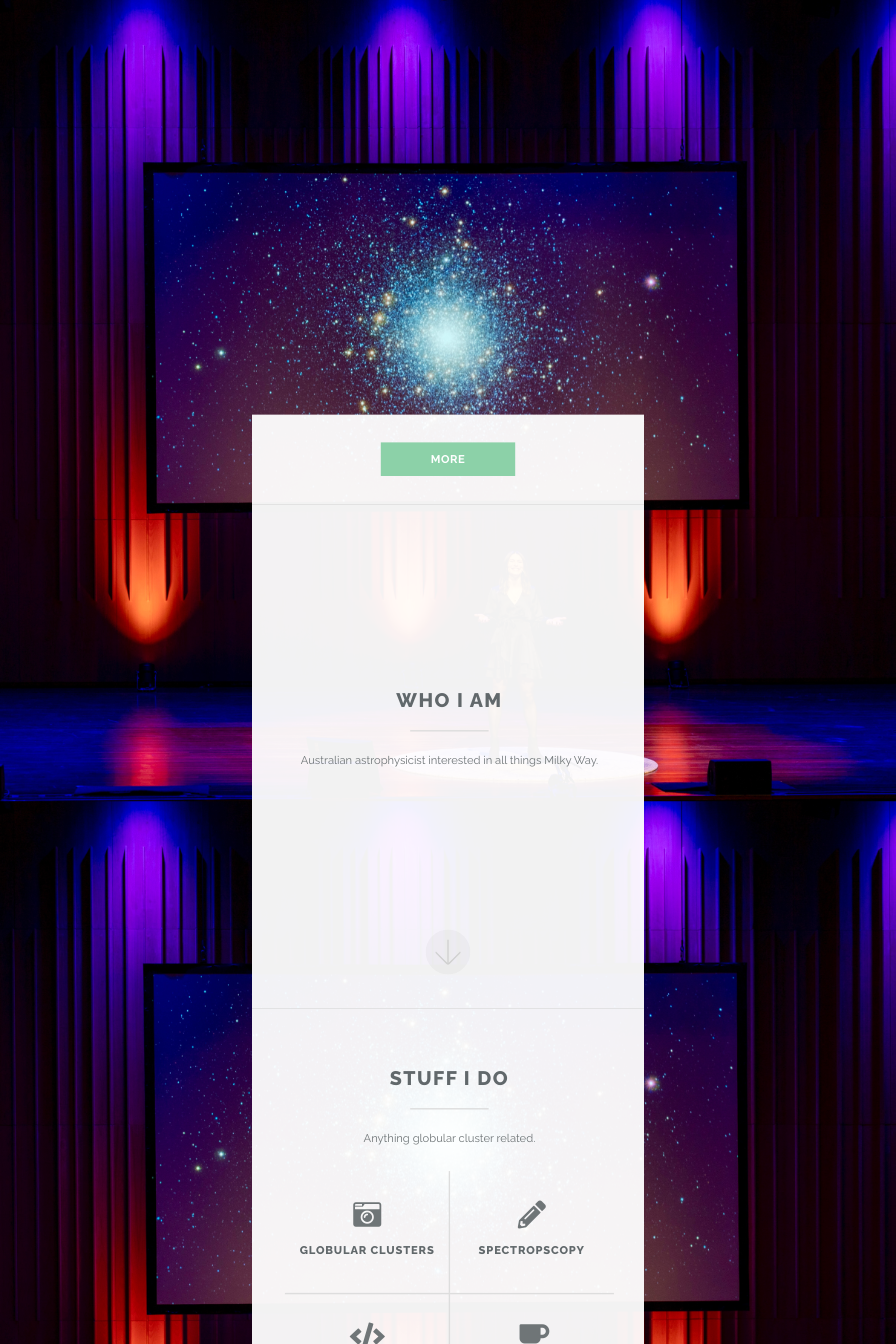
Repository: madeleine-mckenzie/madeleine-mckenzie.github.io
Page: index.html
An editor plug-in stored every save of this project. The page is shown before and after the next save, followed by the edit.
The browser window is 1280 px wide. The pictures show the part of the page from y = 0 to 1920 px (the page is 3621 px tall), at 70% of full size.
Backgrounds fixed to the window are drawn as part of the page.

Above is the page before, as saved 2023-08-12 18:57:45.

### index.html
<!DOCTYPE HTML>
<html>

<head>
    <title>M. McKenzie</title>
    <meta charset="utf-8" />
    <meta name="viewport" content="width=device-width, initial-scale=1, user-scalable=no" />
    <link rel="stylesheet" href="assets/css/main.css" />
    <style>
        /* Add this style block to your head section */
        body {
            background: url('images/2023_ANU_3MT_20230727_ANU2022 2.jpg') no-repeat center center fixed;
            background-size: cover; /* Cover the viewport */
        }
    </style>
</head>

<body class="is-preload">

    <!-- Header -->
    <section id="header">
        <header class="major">
            <h1>Madeleine L. McKenzie</h1>
            <p>PhD candidate at the Australian National University</a></p>
        </header>
        <div class="container">
            <ul class="actions special">
                <li><a href="#one" class="button primary scrolly">More</a></li>
            </ul>
        </div>
    </section>

    <!-- One -->
    <section id="one" class="main special">
        <div class="container">
            <!-- Removed the inline image -->
            <div class="content">
                <header class="major">
                    <h2>Who I am</h2>
                </header>
                <p>Australian astrophysicist interested in all things Milky Way.</p>
            </div>
            <a href="#two" class="goto-next scrolly">Next</a>
        </div>
    </section>

    <!-- Two -->
    <section id="two" class="main special">
        <div class="container">
            <!-- Removed the inline image -->
            <div class="content">
                <header class="major">
                    <h2>Stuff I do</h2>
                </header>
                <p>Anything globular cluster related.</p>
                <ul class="icons-grid">
                    <li>
                        <span class="icon solid major fa-camera-retro"></span>
                        <h3>Globular clusters</h3>
                    </li>
                    <li>
                        <span class="icon solid major fa-pencil-alt"></span>
                        <h3>Spectropscopy</h3>
                    </li>
                    <li>
                        <span class="icon solid major fa-code"></span>
                        <h3>Dwarf galaxies</h3>
                    </li>
                    <li>
                        <span class="icon solid major fa-coffee"></span>
                        <h3>Other</h3>
                    </li>
                </ul>
            </div>
            <a href="#three" class="goto-next scrolly">Next</a>
        </div>
    </section>

    <!-- Three -->
    <section id="three" class="main special">
        <div class="container">
            <!-- Removed the inline image -->
            <div class="content">
                <header class="major">
                    <h2>One more thing</h2>
                </header>
                <p>Please hire me.</p>
            </div>
            <a href="#footer" class="goto-next scrolly">Next</a>
        </div>
    </section>

    <!-- Footer -->
    <section id="footer">
        <div class="container">
            <header class="major">
                <h2>Get in touch</h2>
            </header>
            <p>Email me at: <a href="mailto:madeleine.mckenzie@anu.edu.au">madeleine.mckenzie@anu.edu.au</a></p>
        </div>
        <footer>
            <ul class="icons">
                <li><a href="#" class="icon brands alt fa-twitter"><span class="label">Twitter</span></a></li>
                <li><a href="#" class="icon brands alt fa-facebook-f"><span class="label">Facebook</span></a></li>
                <li><a href="#" class="icon brands alt fa-instagram"><span class="label">Instagram</span></a></li>
                <li><a href="#" class="icon brands alt fa-dribbble"><span class="label">Dribbble</span></a></li>
                <li><a href="mailto:your-email@example.com" class="icon solid alt fa-envelope"><span class="label">Email</span></a></li>
            </ul>
            <ul class="copyright">
                <li>&copy; M. McKenzie</li>
                <li>Design: <a href="http://html5up.net">HTML5 UP</a></li>
                <li>Demo Images: <a href="http://unsplash.com">Unsplash</a></li>
            </ul>
        </footer>
    </section>

    <!-- Scripts -->
    <script src="assets/js/jquery.min.js"></script>
    <script src="assets/js/jquery.scrollex.min.js"></script>
    <script src="assets/js/jquery.scrolly.min.js"></script>
    <script src="assets/js/browser.min.js"></script>
    <script src="assets/js/breakpoints.min.js"></script>
    <script src="assets/js/util.js"></script>
    <script src="assets/js/main.js"></script>

</body>

</html>

Loaded but not shown: assets/js/jquery.min.js (library); assets/js/jquery.scrollex.min.js (common file); assets/js/jquery.scrolly.min.js (common file); assets/js/browser.min.js (common file); assets/js/breakpoints.min.js (common file); assets/css/fontawesome-all.min.css (library); assets/js/util.js (587 lines, source omitted); assets/js/main.js (174 lines, source omitted); assets/css/main.css (3144 lines, source omitted)

After the next save:
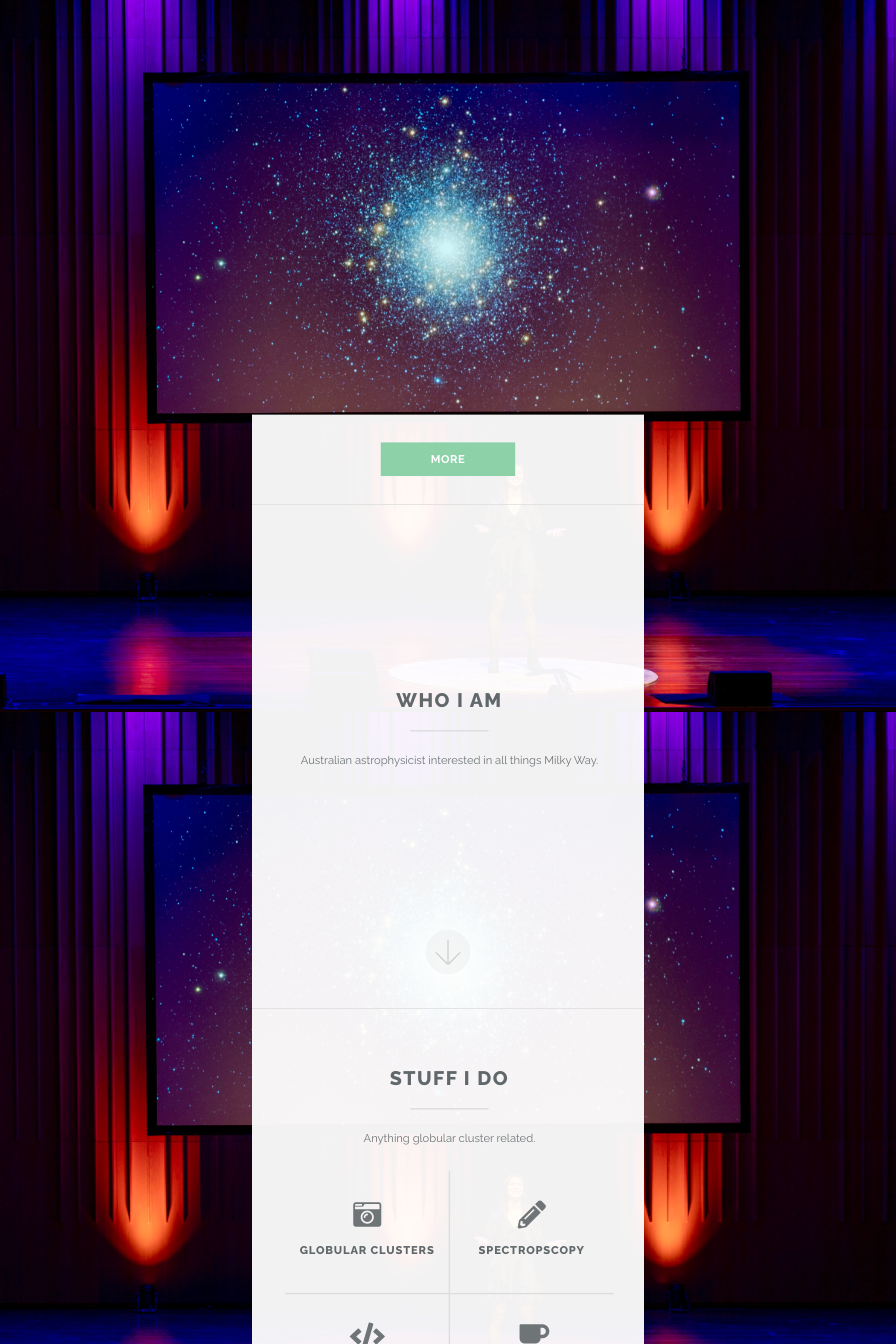
Saved 100 s later.
--- a/index.html
+++ b/index.html
@@ -9,7 +9,7 @@
     <style>
         /* Add this style block to your head section */
         body {
-            background: url('images/2023_ANU_3MT_20230727_ANU2022 2.jpg') no-repeat center center fixed;
+            background: url('images/2023_ANU_3MT_20230727_ANU2022 3.jpg') no-repeat center center fixed;
             background-size: cover; /* Cover the viewport */
         }
     </style>
